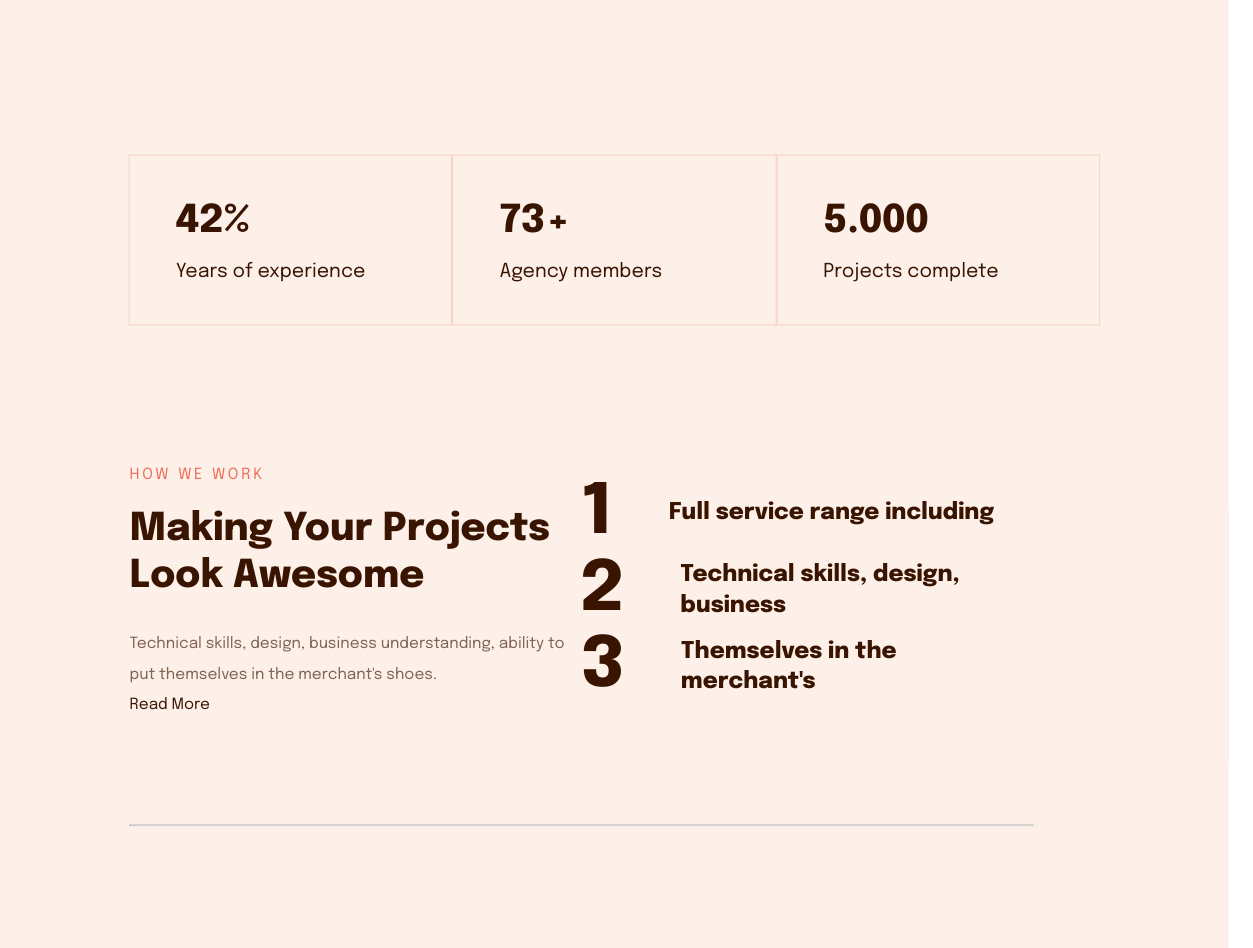
Repository: MehdiKerimov/Figma-task-7
Page: index.html
An editor plug-in stored every save of this project. The page is shown before and after the next save, followed by the edit.
The browser window is 1280 px wide. The page is 1280 px wide, then 1305 px, then 1280 px, so the pictures cover 1305 px, including what lies to the right of the window. The pictures show the whole page, at 96% of full size.

Above is the page before, as saved 2023-08-30 12:20:24.

After the next save:
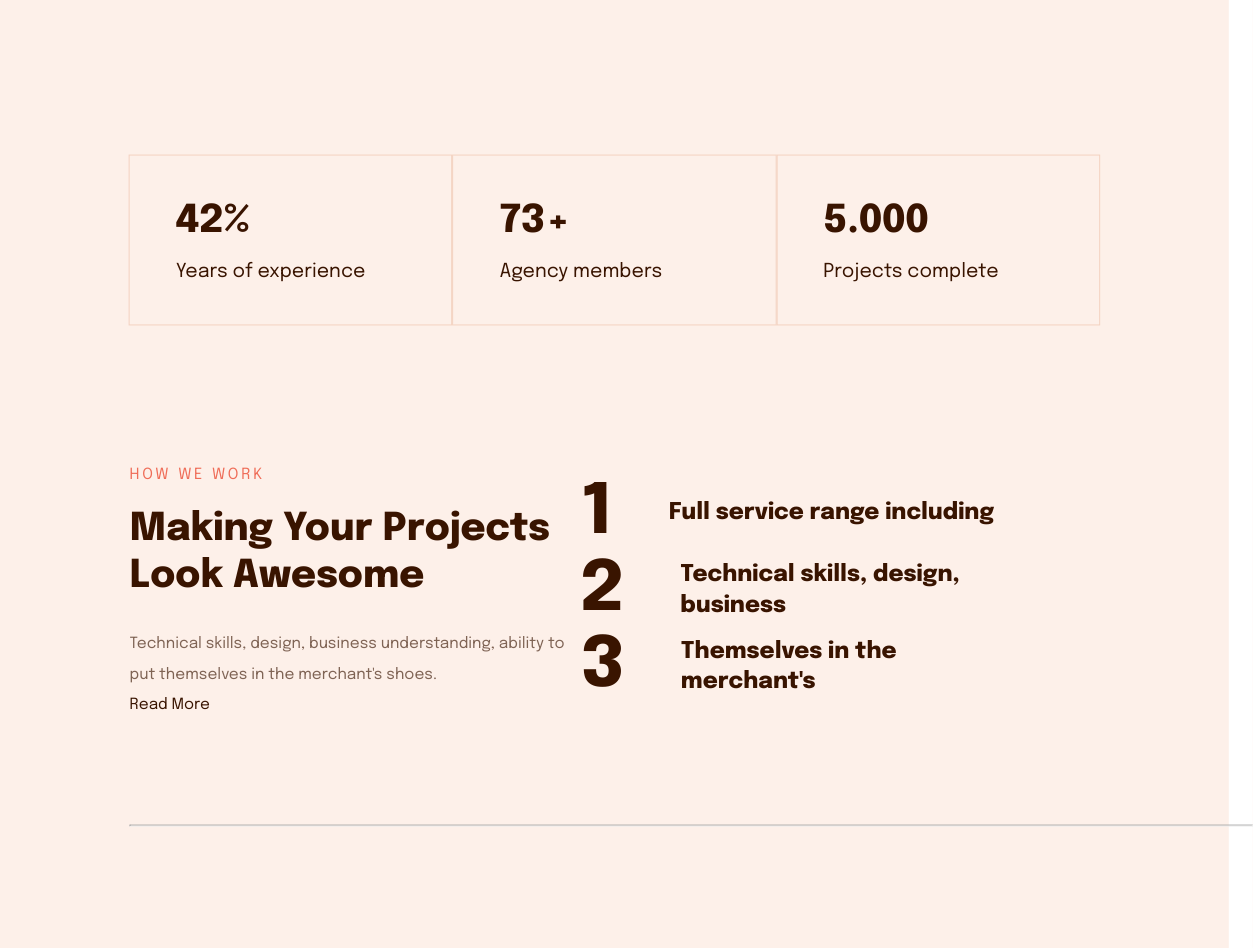
Saved 10 s later.
--- a/index.css
+++ b/index.css
@@ -145,5 +145,6 @@
 }
 .container-2 hr{
 margin-top: 108px;
-
+width: 1170px;
+height: 1px;
 }

After the save that followed:
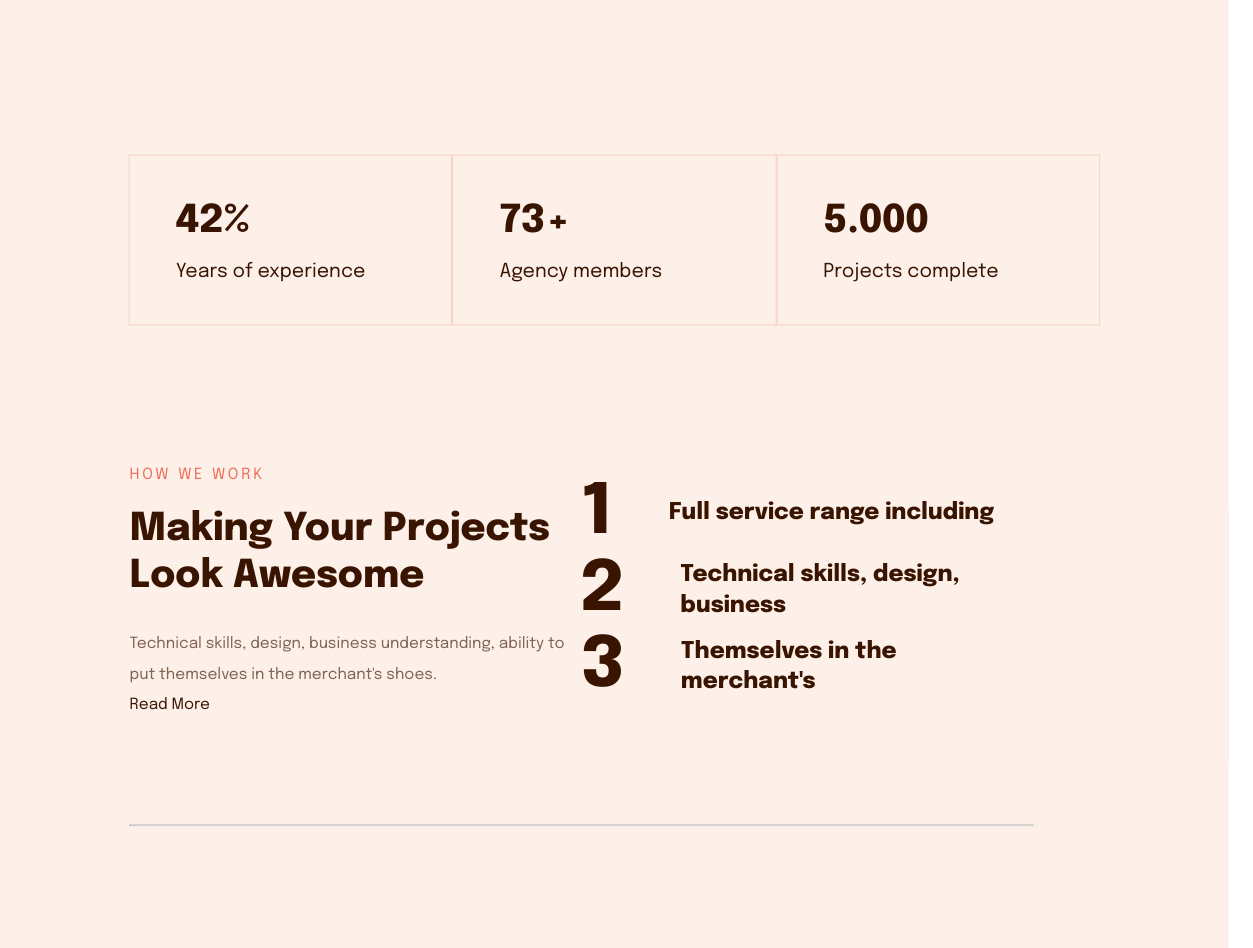
Saved 13 s later.
--- a/index.css
+++ b/index.css
@@ -145,6 +145,6 @@
 }
 .container-2 hr{
 margin-top: 108px;
-width: 1170px;
+width: 100%;
 height: 1px;
 }
